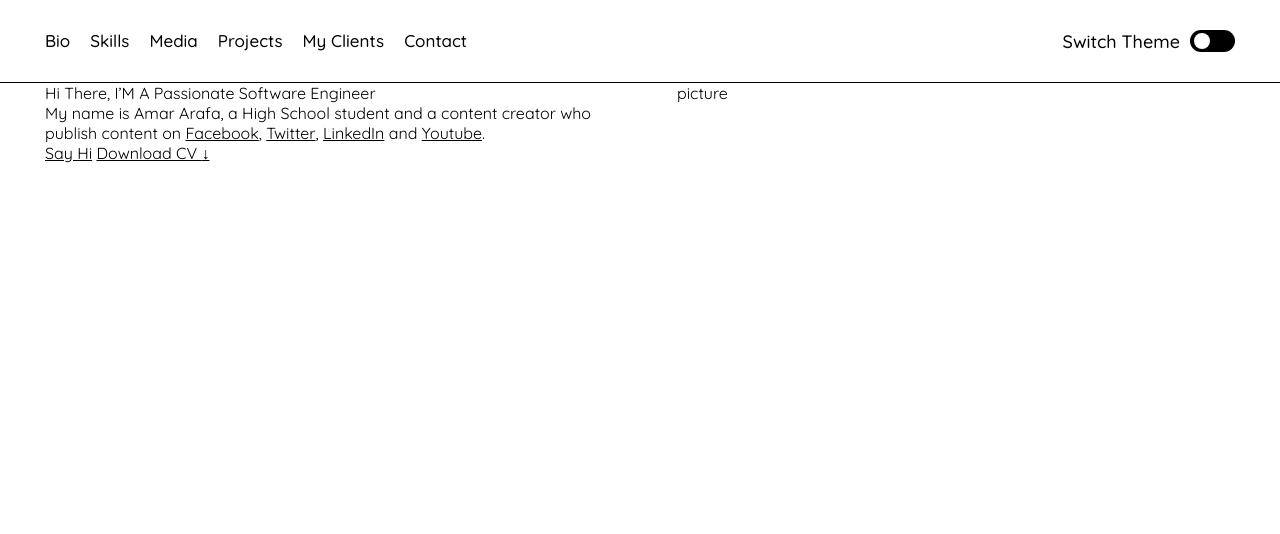
Repository: benarafa1/personal-website
Page: index.html
The author's editor kept a copy of each file at every save. The page is drawn from the files as they stood at one save, then again after the next save.
The browser window is 1280 px wide. The pictures show the whole page.

Above is the page before, as saved 2025-04-12 07:09:39.

After the next save:
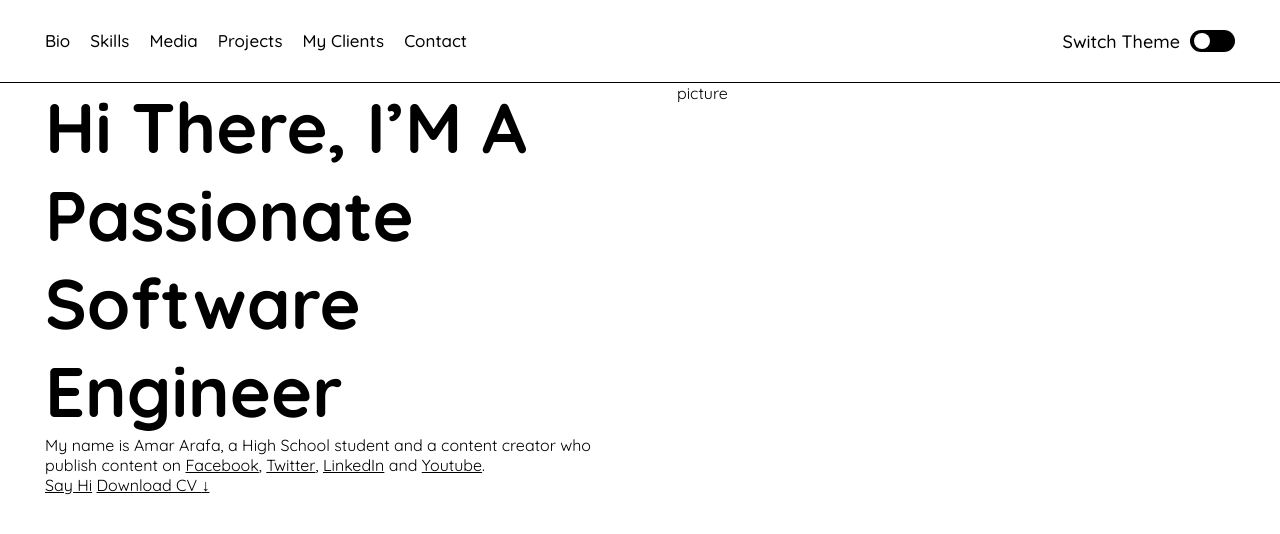
Saved 3 min 35 s later.
--- a/style.css
+++ b/style.css
@@ -161,4 +161,12 @@ html {
   grid-template-columns: repeat(2, 1fr);
   gap: 7.4rem;
 }
+
+.bio__heading {
+  font-size: var(--font-size-70);
+  font-weight: var(--font-weight-bold);
+}
+.bio__objective {
+  font-family: var(--font-family-Roboto);
+}
 /* bio component end */
